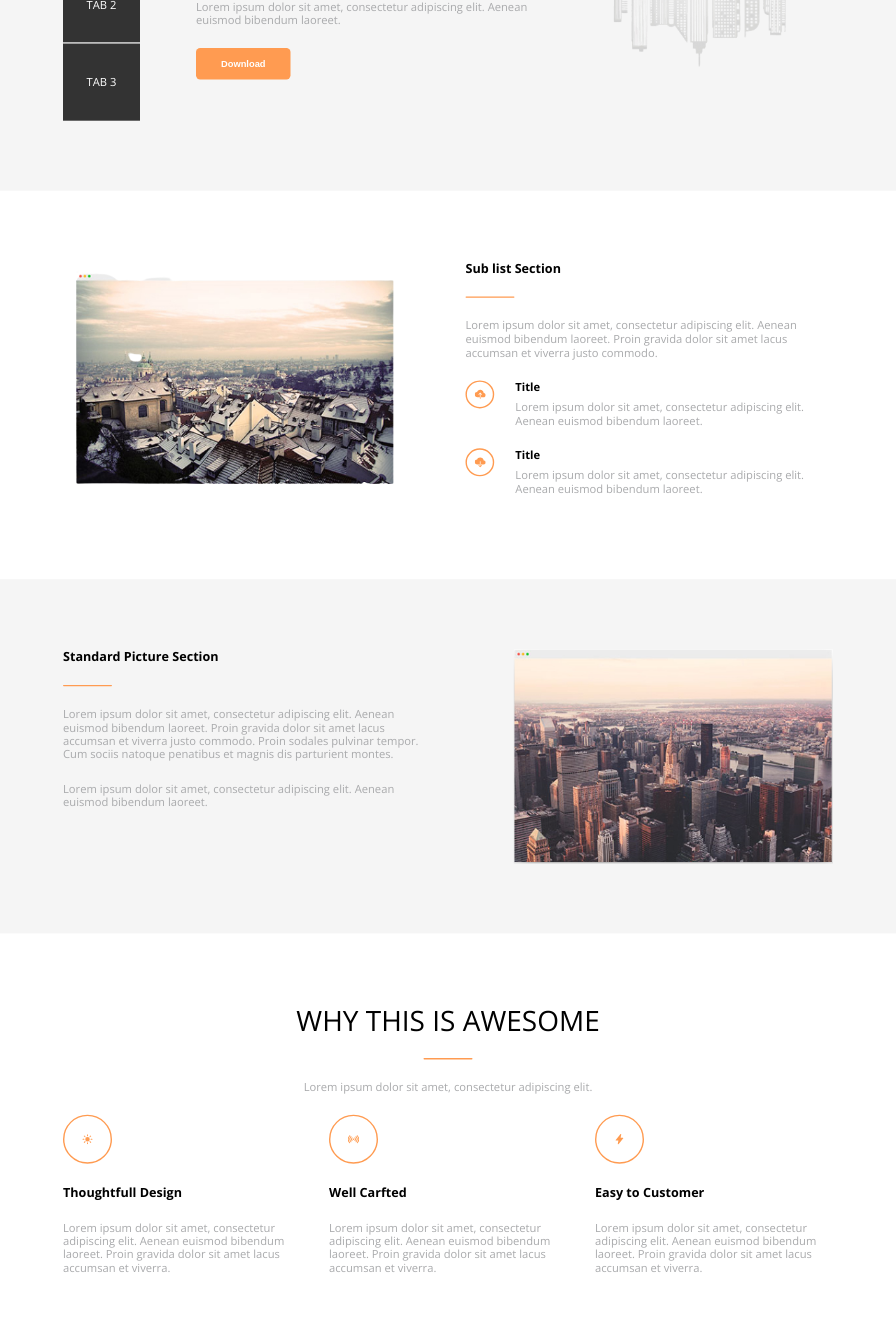
Repository: dinhtri123/axureThems
Page: index.html
The author's editor kept a copy of each file at every save. The page is drawn from the files as they stood at one save, then again after a run of saves.
The browser window is 1280 px wide. The pictures show the part of the page from y = 909 to 2829 px (the page is 2829 px tall), at 70% of full size.

Above is the page before, as saved 2023-02-11 16:30:49.

After the next 2 saves:
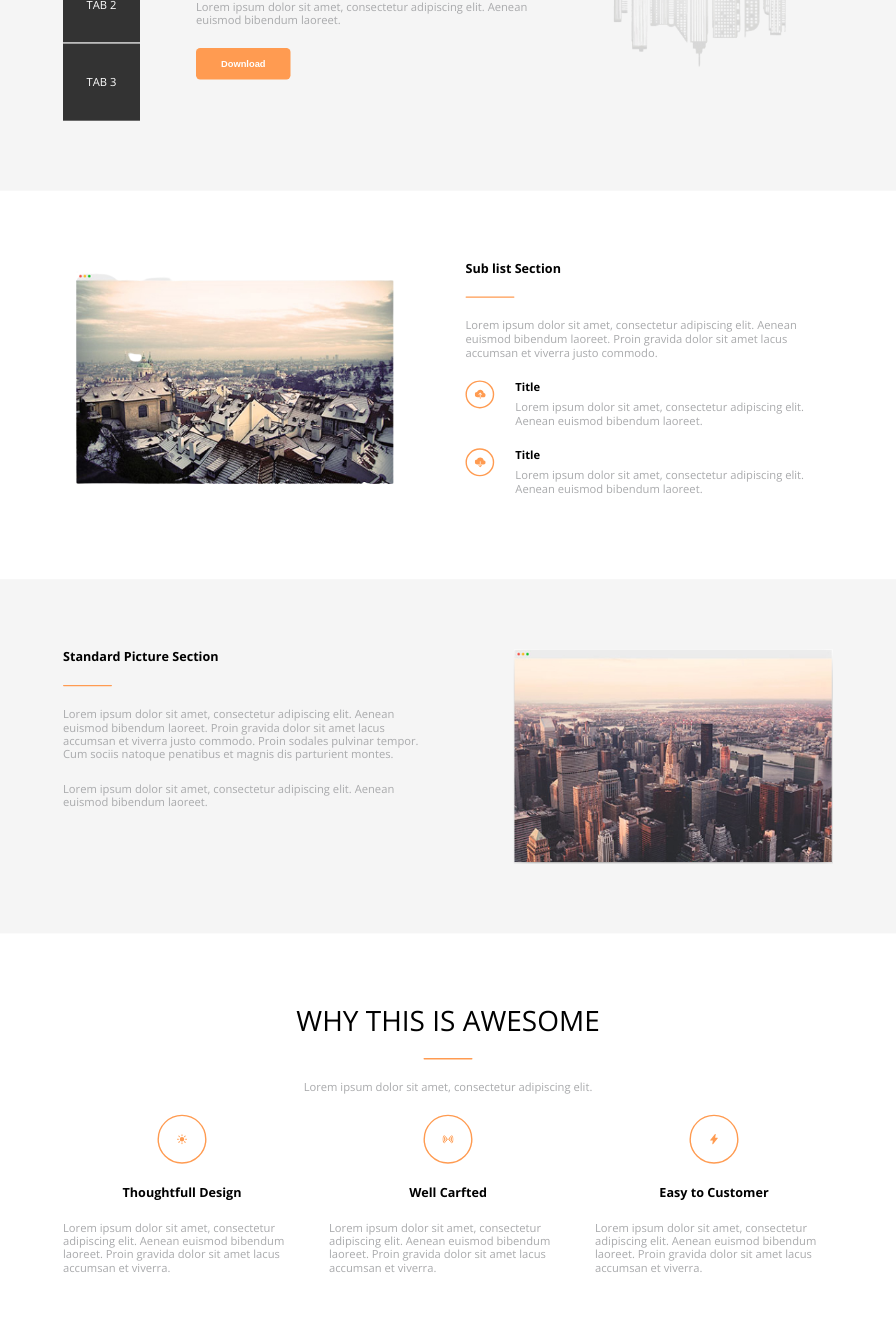
The 2 saves are shown as one change because they came seconds apart.
The last was saved 11 s later.
--- a/style.css
+++ b/style.css
@@ -357,5 +357,5 @@ h3 {
     display: flex;
     flex-direction: column;
     gap:30px;
-
-}
+    align-items: center;
+}
